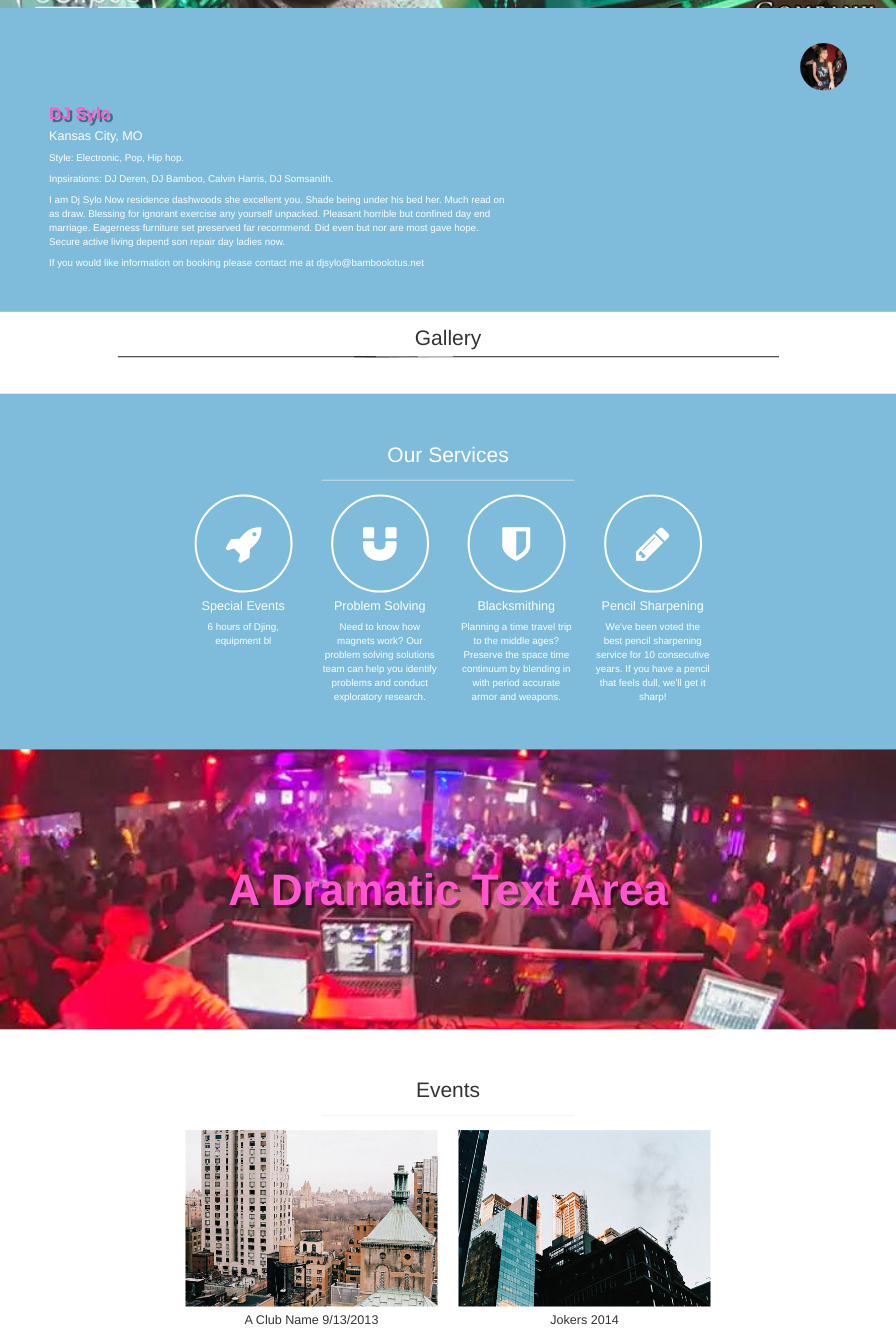
Repository: BambooXLotus/DjSylo
Page: client/index.html
The author's editor kept a record of every edit. The page is drawn from the files as they stood at one moment, then again after the next edit.
The browser window is 1280 px wide. The pictures show the part of the page from y = 708 to 2628 px (the page is 3992 px tall before and 4152 px after), at 70% of full size.
Some icons come from a web library that is not loaded, so they are not drawn. Backgrounds fixed to the window are drawn as part of the page. Some web libraries are served in a nearby version.

Above is the page before.

### client/index.html
<!DOCTYPE html>
<html lang="en">

<head>
    <meta charset="utf-8">
    <meta name="viewport" content="width=device-width, initial-scale=1.0">
    <meta name="description" content="">
    <meta name="author" content="">
    <title>DJ Sylo</title>
    <!-- Bootstrap core CSS
        -->
    <link href="css/bootstrap.css" rel="stylesheet">
    <!-- Add custom CSS here -->
    <link href="css/stylish-portfolio.css" rel="stylesheet">
<link href="//maxcdn.bootstrapcdn.com/font-awesome/4.1.0/css/font-awesome.min.css" rel="stylesheet">
    <link href="css/nanogallery.min.css" rel="stylesheet" type="text/css">
</head>

<body>
    <!-- Side Menu -->
    <nav class="navbar navbar-fixed-top navbar-inverse" role="navigation">
        <div class="container">
            <div class="navbar-header">
                <button type="button" class="navbar-toggle" data-toggle="collapse" data-target=".navbar-ex1-collapse">
                    <span class="sr-only">Toggle navigation</span>
                    <span class="icon-bar"></span>
                    <span class="icon-bar"></span>
                    <span class="icon-bar"></span>
                </button>
                <a class="navbar-brand" href="index.php">DJ <b>Sylo</b></a>
            </div>
            <!-- Collect the nav links, forms, and other content for toggling -->
            <div class="collapse navbar-collapse navbar-ex1-collapse">
                <ul class="nav navbar-nav">
                    <li>
                        <a href="#top">Home</a>
                    </li>
                    <li>
                        <a href="#about">About</a>
                    </li>
                    <li>
                        <a href="#gallery">Gallery</a>
                    </li>
                    <li>
                        <a href="#services">Events</a>
                    </li>
                    <li>
                        <a href="#portfolio">Equipment</a>
                    </li>
                    <li>
                        <a href="#portfolio">Discography</a>
                    </li>
                    <li>
                        <a href="#contact">Contact</a>
                    </li>
                </ul>
            </div>
            <!-- /.navbar-collapse -->
        </div>
        <!-- /.container -->
    </nav>
    <!-- /Side Menu -->
    <!-- Full Page Image Header Area -->
    <div id="top" class="header">
        <div class="vert-text">
            <div class="hero">
                <h1>DJ <b>Sylo</b></h1>
                <a href="#contact" class="btn btn-lg btn-default">Contact</a>
            </div>
        </div>
    </div>
    <!-- /Full Page Image Header Area -->
    <!-- Intro -->
    <div id="about" class="about">
        <div class="container">
                <div class="row">
                    <div class="col-lg-1 col-md-offset-11">
                        <img class="img-circle img-responsive" src="img/portrait-sm.jpg">
                    </div>
                    <div class="col-md-7 col-xs-12">
                        <h3>DJ Sylo</h3>
                        <h4>Kansas City, MO</h4>
                        <p>Style: Electronic, Pop, Hip hop.</p>
                        <p>Inpsirations: DJ Deren, DJ Bamboo, Calvin Harris, DJ Somsanith.</p>
                        <p>I am Dj Sylo Now residence dashwoods she excellent you. Shade being under his bed her. Much read on as draw. Blessing for ignorant exercise any yourself unpacked. Pleasant horrible but confined day end marriage. Eagerness furniture set preserved far recommend. Did even but nor are most gave hope. Secure active living depend son repair day ladies now.</p>

                        <p>If you would like information on booking please contact me at djsylo@bamboolotus.net</p>
                    </div>
                </div>
        </div>
    </div>
    <!-- /Intro -->
    <!-- Gallery -->
    <div id="gallery" class="gallery">
        <div class="container">
            <div class="row">
                <div class="col-md-6 col-md-offset-3 text-center">
                    <h2>Gallery</h2>
                </div>
            </div>
            <div class="row">
                <div class="col-md-10 col-md-offset-1 col-xs-12 text-center">
                    <div id="nanoGallery2"></div>
                </div>
            </div>
        </div>
    </div>
    <!-- /Gallery -->
    <!-- Services -->
    <div id="services" class="services">
        <div class="container">
            <div class="row">
                <div class="col-md-4 col-md-offset-4 text-center">
                    <h2>Our Services</h2>
                    <hr>
                </div>
            </div>
            <div class="row">
                <div class="col-md-2 col-md-offset-2 text-center">
                    <div class="service-item">
                        <i class="service-icon fa fa-rocket"></i>
                        <h4>Special Events</h4>
                        <p>6 hours of Djing, equipment bl</p>
                    </div>
                </div>
                <div class="col-md-2 text-center">
                    <div class="service-item">
                        <i class="service-icon fa fa-magnet"></i>
                        <h4>Problem Solving</h4>
                        <p>Need to know how magnets work? Our problem solving solutions team can help you identify problems and conduct exploratory research.</p>
                    </div>
                </div>
                <div class="col-md-2 text-center">
                    <div class="service-item">
                        <i class="service-icon fa fa-shield"></i>
                        <h4>Blacksmithing</h4>
                        <p>Planning a time travel trip to the middle ages? Preserve the space time continuum by blending in with period accurate armor and weapons.</p>
                    </div>
                </div>
                <div class="col-md-2 text-center">
                    <div class="service-item">
                        <i class="service-icon fa fa-pencil"></i>
                        <h4>Pencil Sharpening</h4>
                        <p>We've been voted the best pencil sharpening service for 10 consecutive years. If you have a pencil that feels dull, we'll get it sharp!</p>
                    </div>
                </div>
            </div>
        </div>
    </div>
    <!-- /Services -->
    <!-- Callout -->
    <div class="callout">
        <div class="vert-text">
            <h1>A Dramatic Text Area</h1>
        </div>
    </div>
    <!-- /Callout -->
    <!-- Portfolio -->
    <div id="portfolio" class="portfolio">
        <div class="container">
            <div class="row">
                <div class="col-md-4 col-md-offset-4 text-center">
                    <h2>Events</h2>
                    <hr>
                </div>
            </div>
            <div class="row">
                <div class="col-md-4 col-md-offset-2 text-center">
                    <div class="portfolio-item">
                        <a href="#">

                            <img class="img-portfolio img-responsive" src="img/portfolio-1.jpg">

                        </a>
                        <h4>A Club Name 9/13/2013</h4>
                    </div>
                </div>
                <div class="col-md-4 text-center">
                    <div class="portfolio-item">
                        <a href="#">

                            <img class="img-portfolio img-responsive" src="img/portfolio-2.jpg">

                        </a>
                        <h4>Jokers 2014</h4>
                    </div>
                </div>
            </div>
            <div class="row">
                <div class="col-md-4 col-md-offset-2 text-center">
                    <div class="portfolio-item">
                        <a href="#">

                            <img class="img-portfolio img-responsive" src="img/portfolio-3.jpg">

                        </a>
                        <h4>Cafe Mood</h4>
                    </div>
                </div>
                <div class="col-md-4 text-center">
                    <div class="portfolio-item">
                        <a href="#">

                            <img class="img-portfolio img-responsive" src="img/portfolio-4.jpg">

                        </a>
                        <h4>Power and Light 2015</h4>
                    </div>
                </div>
            </div>
        </div>
    </div>
    <!-- /Portfolio -->
    <!-- Call to Action -->
    <div class="call-to-action">
        <div class="container">
            <div class="row">
                <div class="col-md-6 col-md-offset-3 text-center">
                    <h3>The buttons below are impossible to resist.</h3>
                    <a href="#" class="btn btn-lg btn-default">Click Me!</a>
                    <a href="#" class="btn btn-lg btn-primary">Look at Me!</a>
                </div>
            </div>
        </div>
    </div>
    <!-- /Call to Action -->
    <!-- Map -->
    <div id="contact">
        <div class="container">
            <div class="row">
                <div class="col-md-6 col-md-offset-3">
                    <h3>Contact</h3>
                    <hr>
                    <address>
                            <strong>Email:</strong>
                            <a href="mailto:#">djsylo@bamboolotus.net</a>
                            <br>
                            <br>
                            <strong>Phone:</strong>(515) 329-2323</address>
                </div>
            </div>
            <div>
                <div class="col-md-6 col-md-offset-3 contact-form">
                    <form id="contact" method="post" class="form" role="form">
                        <div class="row">
                            <div class="col-xs-6 col-md-6 form-group">
                                <input class="form-control" id="name" name="name" placeholder="Name" type="text" />
                            </div>
                            <div class="col-xs-6 col-md-6 form-group">
                                <input class="form-control" id="email" name="email" placeholder="Email" type="email" required />
                            </div>
                        </div>
                        <textarea class="form-control" id="message" name="message" placeholder="Message" rows="5"></textarea>
                        <br />
                        <div class="row">
                            <div class="col-xs-12 col-md-12 form-group">
                                <button class="btn btn-primary pull-right" type="submit">Submit</button>
                            </div>
                        </div>
                    </form>
                </div>
            </div>
        </div>
    </div>
    <!-- /Map -->
    <!-- Footer -->
    <footer>
        <div class="container">
            <div class="row">
                <div class="col-md-6 col-md-offset-3 text-center">
                    <ul class="list-inline">
                        <li>
                            <i class="fa fa-facebook fa-3x"></i>
                        </li>
                        <li>
                            <i class="fa fa-twitter fa-3x"></i>
                        </li>
                        <li>
                            <i class="fa fa-instagram fa-3x"></i>
                        </li>
                        <li>
                            <i class="fa fa-soundcloud fa-3x"></i>
                        </li>
                    </ul>
                    <div class="top-scroll">
                        <a href="#top"><i class="fa fa-circle-arrow-up scroll fa-4x"></i></a>
                    </div>
                    <hr>
                    <p>Copyright &copy; Company 2013</p>
                </div>
            </div>
        </div>
    </footer>
    <!-- /Footer -->
    <!-- JavaScript -->
    <script src="js/jquery-1.10.2.js"></script>
    <script src="js/bootstrap.js"></script>

    <!-- nanoGALLERY plugin files -->
    <script type="text/javascript" src="js/jquery.nanogallery.min.js"></script>
    <!-- Custom JavaScript for the Side Menu and Smooth Scrolling
        -->
    <script>
        $("#menu-close").click(function(e) {
            e.preventDefault();
            $("#sidebar-wrapper").toggleClass("active");
        });
    </script>
    <script>
        $("#menu-toggle").click(function(e) {
            e.preventDefault();
            $("#sidebar-wrapper").toggleClass("active");
        });
    </script>
    <script>
        $(function() {
            $('a[href*=#]:not([href=#])').click(function() {
                if (location.pathname.replace(/^\//, '') == this.pathname.replace(/^\//, '') || location.hostname == this.hostname) {

                    var target = $(this.hash);
                    target = target.length ? target : $('[name=' + this.hash.slice(1) + ']');
                    if (target.length) {
                        $('html,body').animate({
                            scrollTop: target.offset().top
                        }, 1000);
                        return false;
                    }
                }
            });

            $("#nanoGallery2").nanoGallery({
                thumbnailWidth: 'auto',
                thumbnailHeight: 200,
                userID: 'derensomsanith@gmail.com',
                kind: 'picasa',
                album: '6020738059883313137',
                colorSchemeViewer: 'dark',
                thumbnailHoverEffect: [{
                    name: 'labelAppear75',
                    duration: 300
                }],
                thumbnailGutterWidth: 1,
                thumbnailGutterHeight: 1,
                i18n: {
                    thumbnailImageDescription: 'View Photo',
                    thumbnailAlbumDescription: 'Open Album'
                },
                thumbnailLabel: {
                    display: true,
                    position: 'overImageOnMiddle',
                    align: 'center'
                },
                photoSorting: 'random'
            });

        });
    </script>
</body>

</html>

### client/css/stylish-portfolio.css
/* Global Styles */

html,
body {
  height: 100%;
  width: 100%;
}
h1 {
  color: #FF57CD;
  text-shadow: 4px 4px 1px rgba(0, 0, 0, 0.45);
}
h3 {
  color: #FF57CD;
  text-shadow: 4px 4px 1px rgba(0, 0, 0, 0.45);
  font-weight: bold;
}
.vert-text {
  display: table-cell;
  vertical-align: middle;
  text-align: center;
}
.vert-text h1 {
  padding: 0;
  margin: 0;
  font-size: 4.5em;
  font-weight: 700;
}
/* Side Menu */

#sidebar-wrapper {
  margin-right: -250px;
  right: 0;
  width: 250px;
  background: #000;
  position: fixed;
  height: 100%;
  overflow-y: auto;
  z-index: 1000;
  -webkit-transition: all 0.4s ease 0s;
  -moz-transition: all 0.4s ease 0s;
  -ms-transition: all 0.4s ease 0s;
  -o-transition: all 0.4s ease 0s;
  transition: all 0.4s ease 0s;
}
.sidebar-nav {
  position: absolute;
  top: 0;
  width: 250px;
  list-style: none;
  margin: 0;
  padding: 0;
}
.sidebar-nav li {
  line-height: 40px;
  text-indent: 20px;
}
.sidebar-nav li a {
  color: #999999;
  display: block;
  text-decoration: none;
}
.sidebar-nav li a:hover {
  color: #fff;
  background: rgba(255, 255, 255, 0.2);
  text-decoration: none;
}
.sidebar-nav li a:active,
.sidebar-nav li a:focus {
  text-decoration: none;
}
.sidebar-nav > .sidebar-brand {
  height: 55px;
  line-height: 55px;
  font-size: 18px;
}
.sidebar-nav > .sidebar-brand a {
  color: #999999;
}
.sidebar-nav > .sidebar-brand a:hover {
  color: #fff;
  background: none;
}
#menu-toggle {
  top: 0;
  right: 0;
  position: fixed;
  z-index: 1;
}
#sidebar-wrapper.active {
  right: 250px;
  width: 250px;
  -webkit-transition: all 0.4s ease 0s;
  -moz-transition: all 0.4s ease 0s;
  -ms-transition: all 0.4s ease 0s;
  -o-transition: all 0.4s ease 0s;
  transition: all 0.4s ease 0s;
}
.toggle {
  margin: 5px 5px 0 0;
}
/* Full Page Image Header Area */

.header {
  display: table;
  height: 100%;
  width: 100%;
  position: relative;
  background: url(../img/DJSyloJumbotron.jpeg) no-repeat center center fixed;
  -webkit-background-size: cover;
  -moz-background-size: cover;
  -o-background-size: cover;
  background-size: cover;
}
/* Intro */

.intro {
  padding: 50px 0;
}
/* About */

.about {
  background: #7fbbda;
  padding: 50px 0;
  color: #ffffff;
}
/* Services */

.services {
  background: #7fbbda;
  padding: 50px 0;
  color: #ffffff;
}
.service-item {
  margin-bottom: 15px;
}
i.service-icon {
  border: 3px solid #ffffff;
  border-radius: 50%;
  display: inline-block;
  font-size: 56px;
  width: 140px;
  height: 140px;
  line-height: 136px;
  vertical-align: middle;
  text-align: center;
}
/* Callout */

.callout {
  color: #ffffff;
  display: table;
  height: 400px;
  width: 100%;
  background: url(../img/callout_DJSylo.jpeg) no-repeat center center fixed;
  -webkit-background-size: cover;
  -moz-background-size: cover;
  -o-background-size: cover;
  background-size: cover;
}
/* Portfolio */

.portfolio {
  padding: 50px 0;
}
.portfolio-item {
  margin-bottom: 25px;
}
.img-portfolio {
  margin: 0 auto;
}
/* Call to Action */

.call-to-action {
  color: #ffffff;
  background: #0a5175;
  padding: 50px 0;
}
.call-to-action .btn {
  margin: 10px;
}
/* Map */

.map {
  height: 500px;
}
/* Footer */

footer {
  padding: 100px 0;
}
.top-scroll {
  margin-top: 50px;
}
.top-scroll a {
  text-decoration: none;
  color: inherit;
}
i.scroll {
  color: #333333;
}
i.scroll:hover {
  color: #0a5175;
}
/* Responsive */

@media (max-width: 768px) {
  .header {
    background: url(../img/DJSyloJumbotron.jpeg) no-repeat center center scroll;
  }
  .callout {
    background: url(../img/callout_DJSylo.jpeg) no-repeat center center scroll;
  }
  .map {
    height: 75%;
  }
}
html,
body {
  height: 100%;
}
.carousel,
.item,
.active {
  height: 100%;
}
.carousel-inner {
  height: 100%;
}
.fill {
  width: 100%;
  height: 100%;
  background-position: center;
  background-size: cover;
}
/* faster sliding speed */

.carousel-inner > .item {
  -webkit-transition: 0.3s ease-in-out left;
  -moz-transition: 0.3s ease-in-out left;
  -o-transition: 0.3s ease-in-out left;
  transition: 0.3s ease-in-out left;
}
/* keep full widget on smaller screens */

@media (max-width: 767px) {
  body {
    padding-left: 0;
    padding-right: 0;
  }
}
#galleryContainer {
  background: #DDD;
  max-width: 1000px;
  max-height: 500px;
}
.item img {
  width: 50%;
}
.item.w2 {
  width: 25%;
}

Loaded but not shown: client/css/bootstrap.css (library); client/css/nanogallery.min.css (library); client/js/jquery-1.10.2.js (library); client/js/bootstrap.js (library); client/js/jquery.nanogallery.min.js (library)

After the next edit:
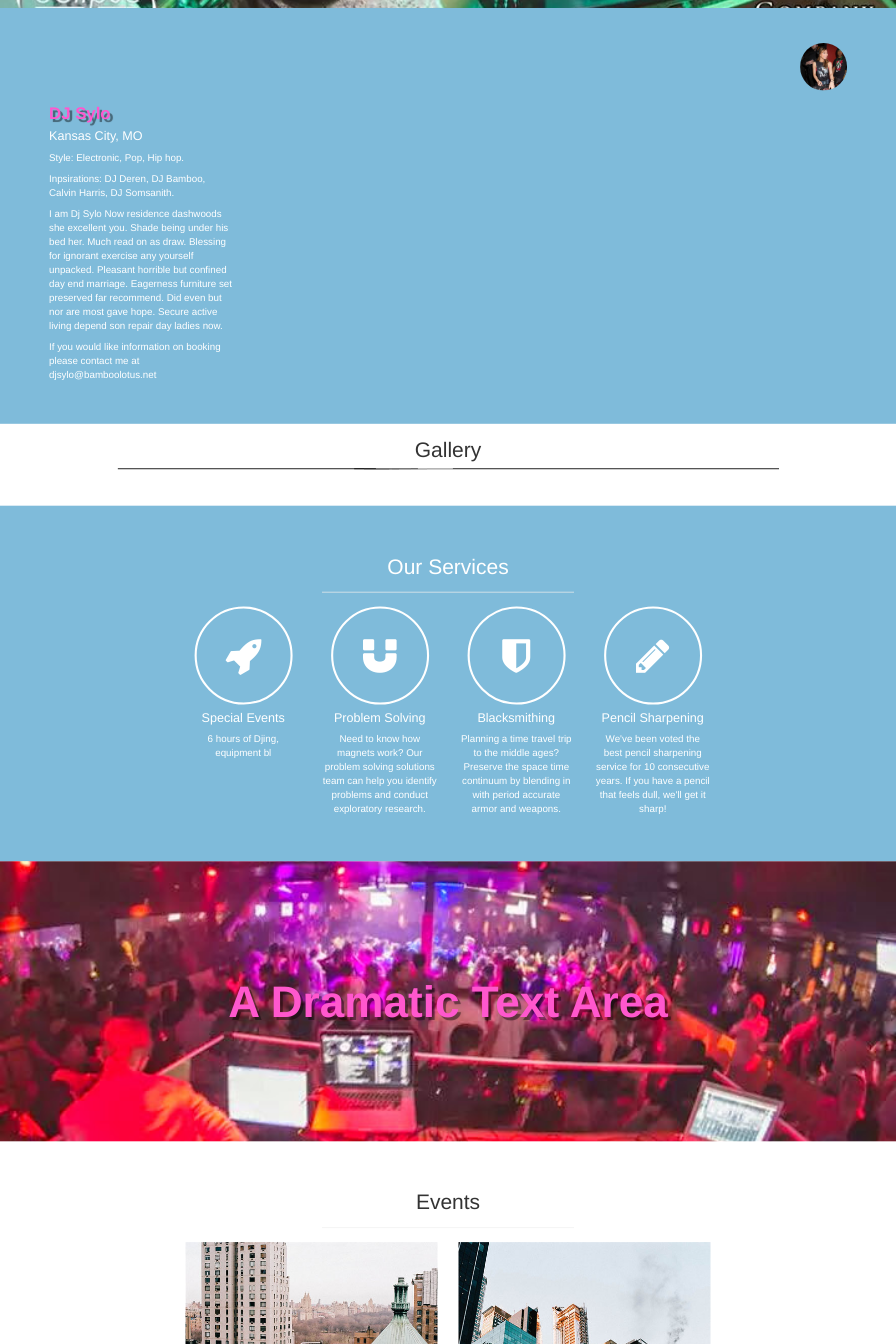
The edit:
--- a/client/index.html
+++ b/client/index.html
@@ -77,7 +77,7 @@
                     <div class="col-lg-1 col-md-offset-11">
                         <img class="img-circle img-responsive" src="img/portrait-sm.jpg">
                     </div>
-                    <div class="col-md-7 col-xs-12">
+                    <div class="col-md-3 col-xs-12">
                         <h3>DJ Sylo</h3>
                         <h4>Kansas City, MO</h4>
                         <p>Style: Electronic, Pop, Hip hop.</p>
